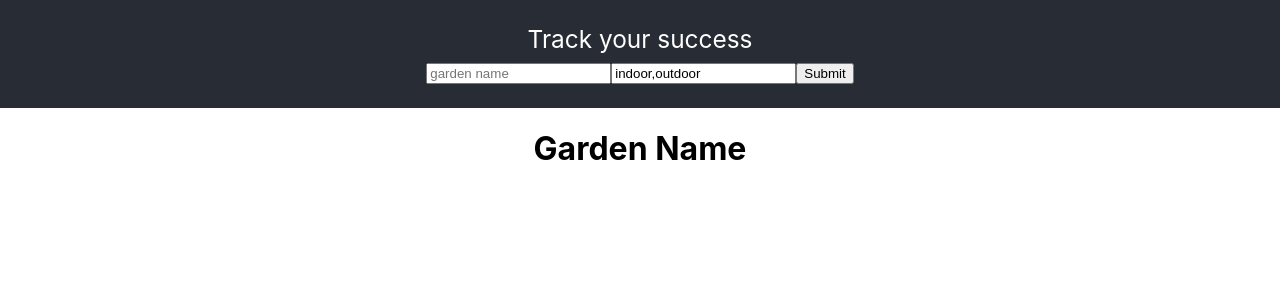
Repository: charliejp0311/gardentracker
Page: /harvest
These files come from the project's save history. The page is drawn as it stood at one moment and after the next save; the edit follows.
The browser window is 1280 px wide. The pictures show the whole page.
The project was rebuilt for these pictures with package versions that can differ from the ones it lists, and the page was loaded fresh each time.

Above is the page before, as saved 2020-10-27 15:51:06.

After the next save:
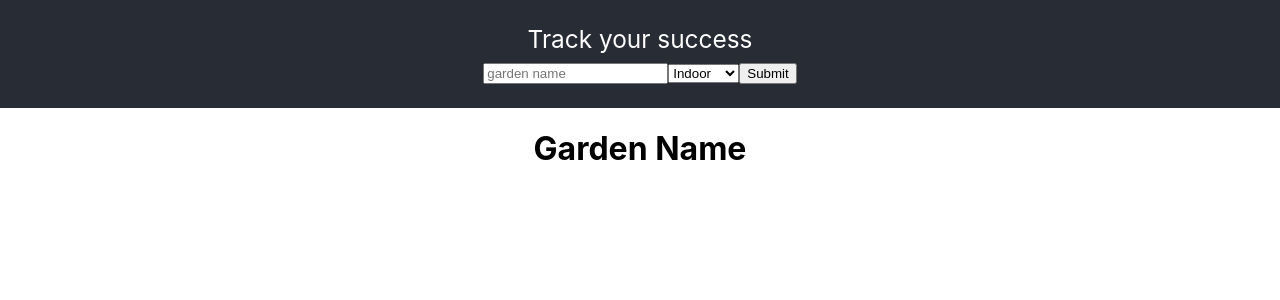
Saved 3 min 55 s later.
--- a/src/components/CreateGarden.js
+++ b/src/components/CreateGarden.js
@@ -7,11 +7,13 @@ class CreateGarden extends Component{
 
     }
     render(){
-        const gardenType = ['indoor','outdoor']
         return(
             <form onSubmit={this.handleSubmit}>
                 <input type='text' placeholder='garden name'></input>
-                <input type='dropDown' value={gardenType}></input>
+                <select>
+                    <option value="indoor">Indoor</option>
+                    <option value="outdoor">Outdoor</option>
+                </select>
                 <input type='submit' />
             </form>
         )
